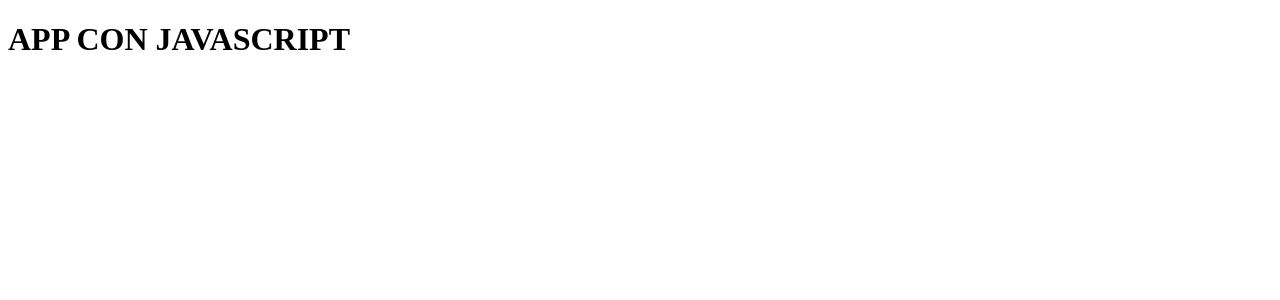
Repository: montsecg/nuclio-javascript-lecture-montse
Page: index.html
An editor plug-in stored every save of this project. The page is shown before and after the next save, followed by the edit.
The browser window is 1280 px wide. The pictures show the whole page.

Above is the page before, as saved 2021-04-15 18:21:08.

### index.html
<!DOCTYPE html>
<html lang="en">
<head> <!--tiene información sobre el documento-->
    <meta charset="UTF-8">
    <meta http-equiv="X-UA-Compatible" content="IE=edge">
    <meta name="viewport" content="width=device-width, initial-scale=1.0">
    <meta name="description" content="The description">
    <title>Document</title>
</head>
<body> <!--tiene contenido de la página-->
    <script src="./index.js"></script>
    <h1 class= "title">APP CON JAVASCRIPT</h1>

</body>
</html>

### index.js
alert("Hola")

After the next save:
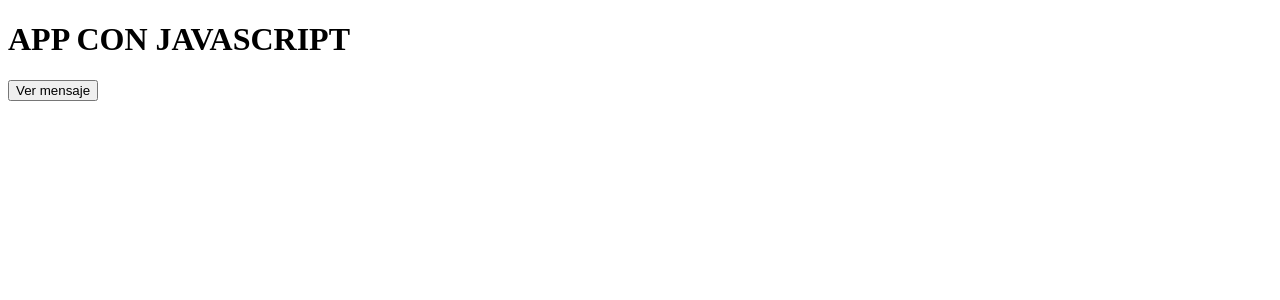
Saved 2 min 37 s later.
--- a/index.html
+++ b/index.html
@@ -10,6 +10,7 @@
 <body> <!--tiene contenido de la página-->
     <script src="./index.js"></script>
     <h1 class= "title">APP CON JAVASCRIPT</h1>
+    <button>Ver mensaje</button>
 
 </body>
 </html>
